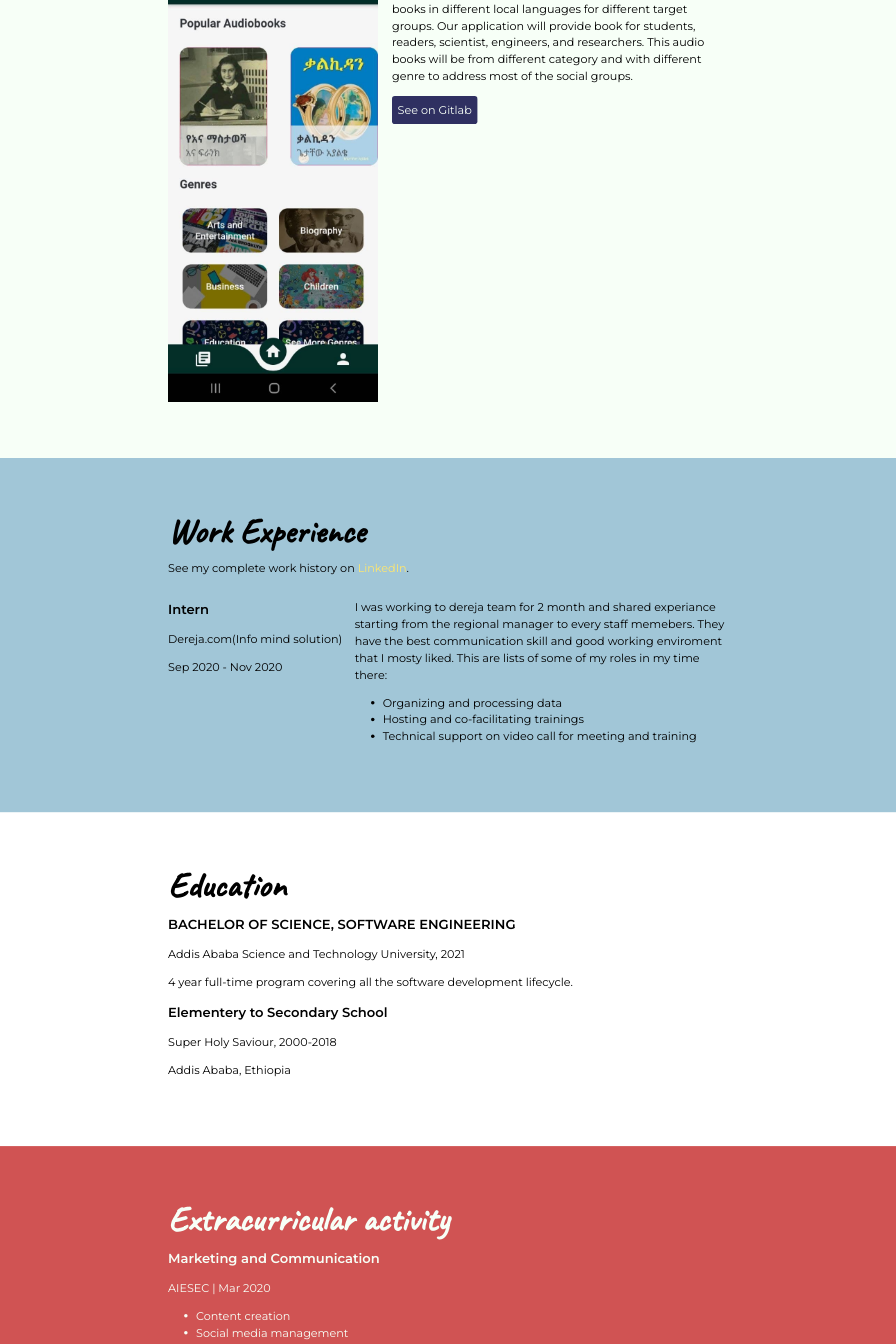
Repository: Aklilegetachew/my-Portfolio
Page: index.html
The author's editor kept a copy of each file at every save. The page is drawn from the files as they stood at one save, then again after the next save.
The browser window is 1280 px wide. The pictures show the part of the page from y = 756 to 2676 px (the page is 3320 px tall), at 70% of full size.

Above is the page before, as saved 2021-11-24 00:56:50.

After the next save:
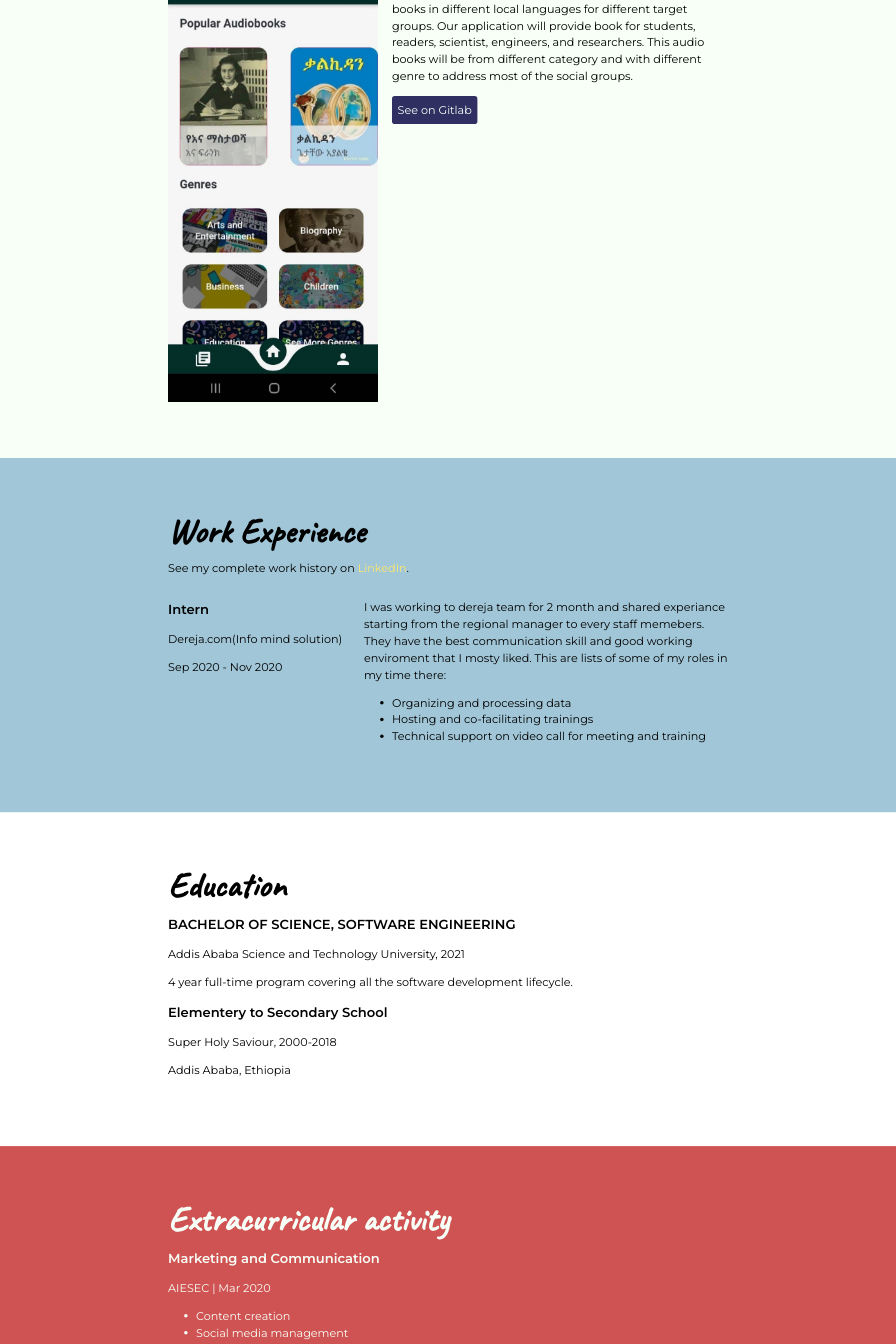
Saved 51 s later.
--- a/css/styles.css
+++ b/css/styles.css
@@ -114,6 +114,7 @@
 .job-item{
     display: grid;
     grid-template-columns: 1fr 2fr;
+    column-gap: 20px;
 }
 
 
